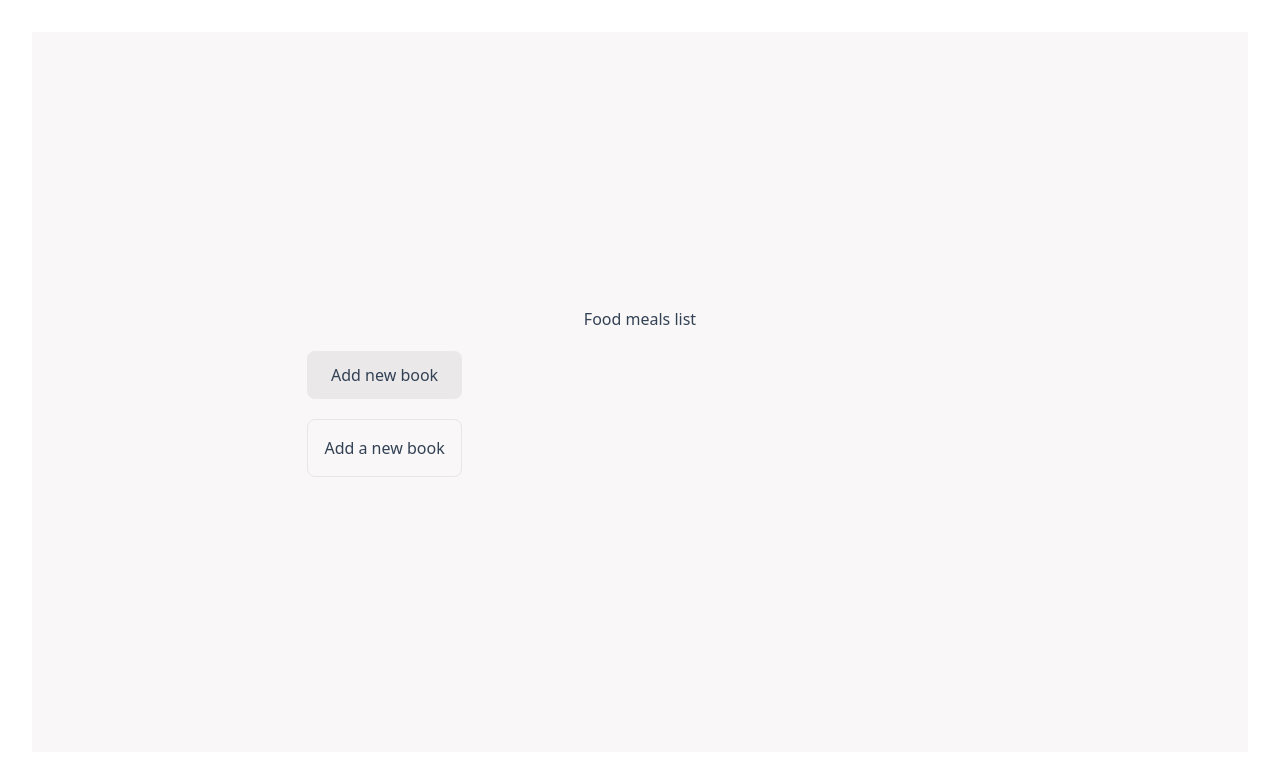
Repository: Vasil1001/fullstack-nutrition-tracker
Page: / (app in frontend/)
An editor plug-in stored every save of this project. The page is shown before and after the next save, followed by the edit.
The browser window is 1280 px wide. The pictures show the whole page.
The page's requests for data from a server got no answer. The project was rebuilt for these pictures with package versions that can differ from the ones it lists, and the page was loaded fresh each time. No one was signed in, and anything a server would have sent is missing. Also part of the build but not shown: frontend/vite.config.js, frontend/src/pages/Add.jsx, frontend/src/pages/Update.jsx.

Above is the page before, as saved 2023-05-21 19:08:50.

### frontend/src/App.jsx
import { useState } from 'react'
import reactLogo from './assets/react.svg'
import viteLogo from '/vite.svg'
import './App.css'
import { BrowserRouter, Routes, Route } from 'react-router-dom'
import Books from './pages/Books'
import Add from './pages/Add'
import Update from './pages/Update'

function App() {
  return (
    <div className="bg-[#f9f7f7]">
      <div className="max-w-screen mx-auto flex min-h-screen flex-col justify-center xl:w-10/12  ">
        <BrowserRouter>
          <Routes>
            <Route path="/" element={<Books />} />
            <Route path="/add" element={<Add />} />
            <Route path="/update" element={<Update />} />
          </Routes>
        </BrowserRouter>
      </div>
    </div>
  )
}

export default App

### frontend/src/pages/Books.jsx
import axios, { Axios } from 'axios'
import React, { useEffect, useState } from 'react'
import { Link } from 'react-router-dom'

export default function Books() {
  const [books, setBooks] = React.useState([])

  //   const fetchBooks = async () => {
  //     const response = await fetch('http://localhost:8080/books')
  //     const data = await response.json()
  //     setBooks(data)
  //     console.log(data)
  //   }

  useEffect(() => {
    async function fetchAllBooks() {
      try {
        const response = await axios.get('http://localhost:8080/books')
        setBooks(response.data)
        console.log(response)
      } catch (error) {
        console.log(error)
      }
    }
    fetchAllBooks()
  }, [])

  return (
    <div className="mx-auto items-center justify-center text-slate-700">
      <h1>Food meals list</h1>
      <div className="mx-auto grid grid-cols-4 gap-4">
        <button className="col-span-1 mt-5 rounded-lg bg-[#eae8e8] p-3  hover:bg-[#d5d5d5]">
          <Link to="/add">Add new book</Link>
        </button>
      </div>

      <div className="mx-auto mt-5 grid grid-cols-4 items-center justify-center gap-4">
        <button className="min-h-full rounded-lg border border-[#e1e0e0]bg-[#eae8e8] p-4 hover:bg-[#d5d5d5]">
          <Link to="/add">Add a new book</Link>
        </button>
        {books.map((book) => (
          <div className="flex flex-col rounded-lg border border-[#e1e0e0] bg-[#e8e8e8] p-4" key={book.id}>
            {book.cover && <img src={book.cover} alt={book.title} className="h-[250px] w-[200px] bg-emerald-400 object-cover" />}
            <h1 className="mt-2 text-lg">{book.title}</h1>
            <p>{book.desc}</p>
            <span>{book.price}</span>
            <div className="flex flex-col gap-2 mt-2">
              <button className="bg-[#f9f7f7] rounded-lg shadow-sm border hover:border-gray-300">Update</button>
              <button className="bg-[#f9f7f7] rounded-lg shadow-sm border  hover:border-red-200">Delete</button>
            </div>
          </div>
        ))}
      </div>
    </div>
  )
}

### frontend/tailwind.config.js
/** @type {import('tailwindcss').Config} */
export default {
  content: [
    "./index.html",
    "./src/**/*.{js,ts,jsx,tsx}",
  ],
  theme: {
    extend: {},
  },
  plugins: [require("tailwindcss-animate")],
}

Loaded but not shown: frontend/index.html (common file); frontend/src/main.jsx (common file); frontend/src/index.css (common file); frontend/src/App.css (common file)

After the next save:
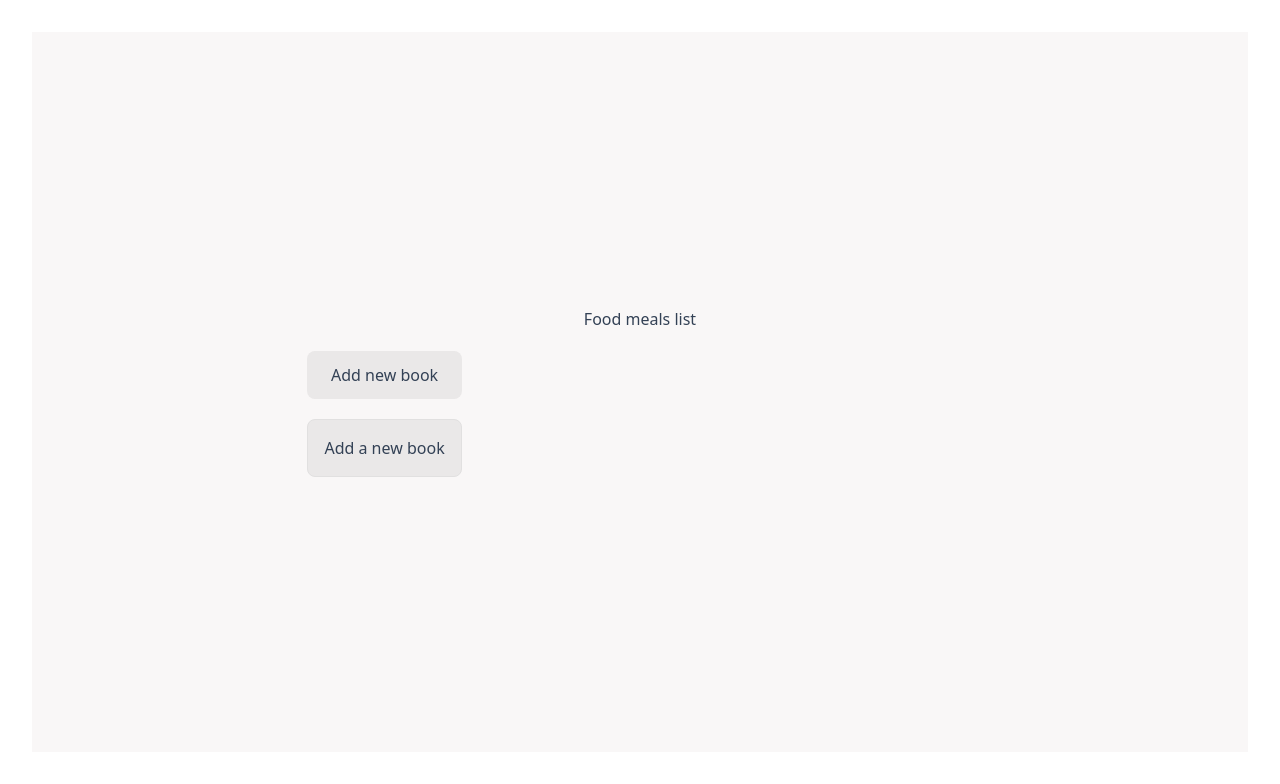
Saved 7 s later.
--- a/frontend/src/pages/Books.jsx
+++ b/frontend/src/pages/Books.jsx
@@ -35,7 +35,7 @@ export default function Books() {
       </div>
 
       <div className="mx-auto mt-5 grid grid-cols-4 items-center justify-center gap-4">
-        <button className="min-h-full rounded-lg border border-[#e1e0e0]bg-[#eae8e8] p-4 hover:bg-[#d5d5d5]">
+        <button className="min-h-full rounded-lg border border-[#e1e0e0] bg-[#eae8e8] p-4 hover:bg-[#e8e8e8]">
           <Link to="/add">Add a new book</Link>
         </button>
         {books.map((book) => (
